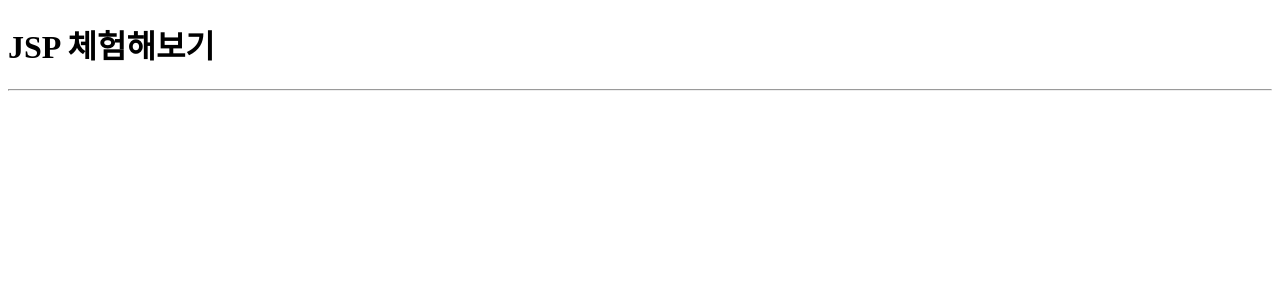
Repository: sunandjun/jspwork
Page: http://localhost/cos/
The author's editor kept a copy of each file at every save. The page is drawn from the files as they stood at one save, then again after the next save.
The browser window is 1280 px wide. The pictures show the whole page.
The page is served by Tomcat 9. Other server files are loaded and not shown.

Above is the page before, as saved 2020-08-08 07:13:44.

### cos/WebContent/index.jsp
<%@ page language="java" contentType="text/html; charset=UTF-8"
    pageEncoding="UTF-8"%>
<!DOCTYPE html>
<html>
<head>
<meta charset="UTF-8">
<title>첫번재 JSP</title>
</head>
<body>
<h1>JSP 체험해보기</h1>
<hr/>
<%
	int num = 10;
%>

</body>
</html>

After the next save:
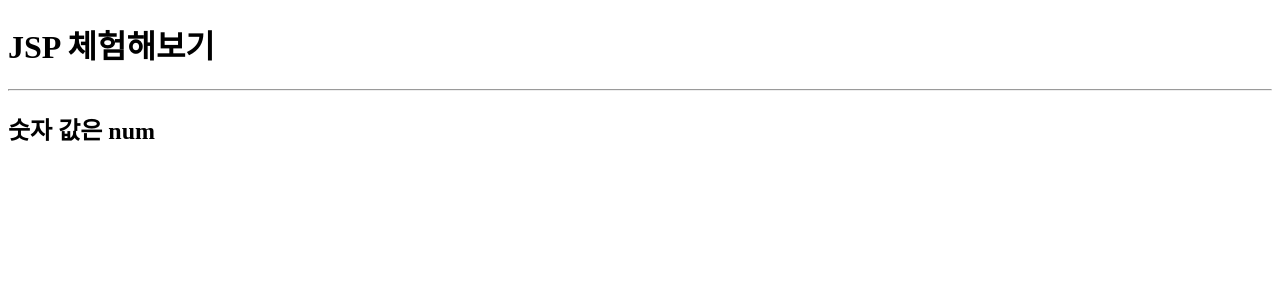
Saved 2 min 23 s later.
--- a/cos/WebContent/index.jsp
+++ b/cos/WebContent/index.jsp
@@ -9,9 +9,10 @@
 <body>
 <h1>JSP 체험해보기</h1>
 <hr/>
+
 <%
 	int num = 10;
 %>
-
+<h2>숫자 값은 num</h2>
 </body>
 </html>
